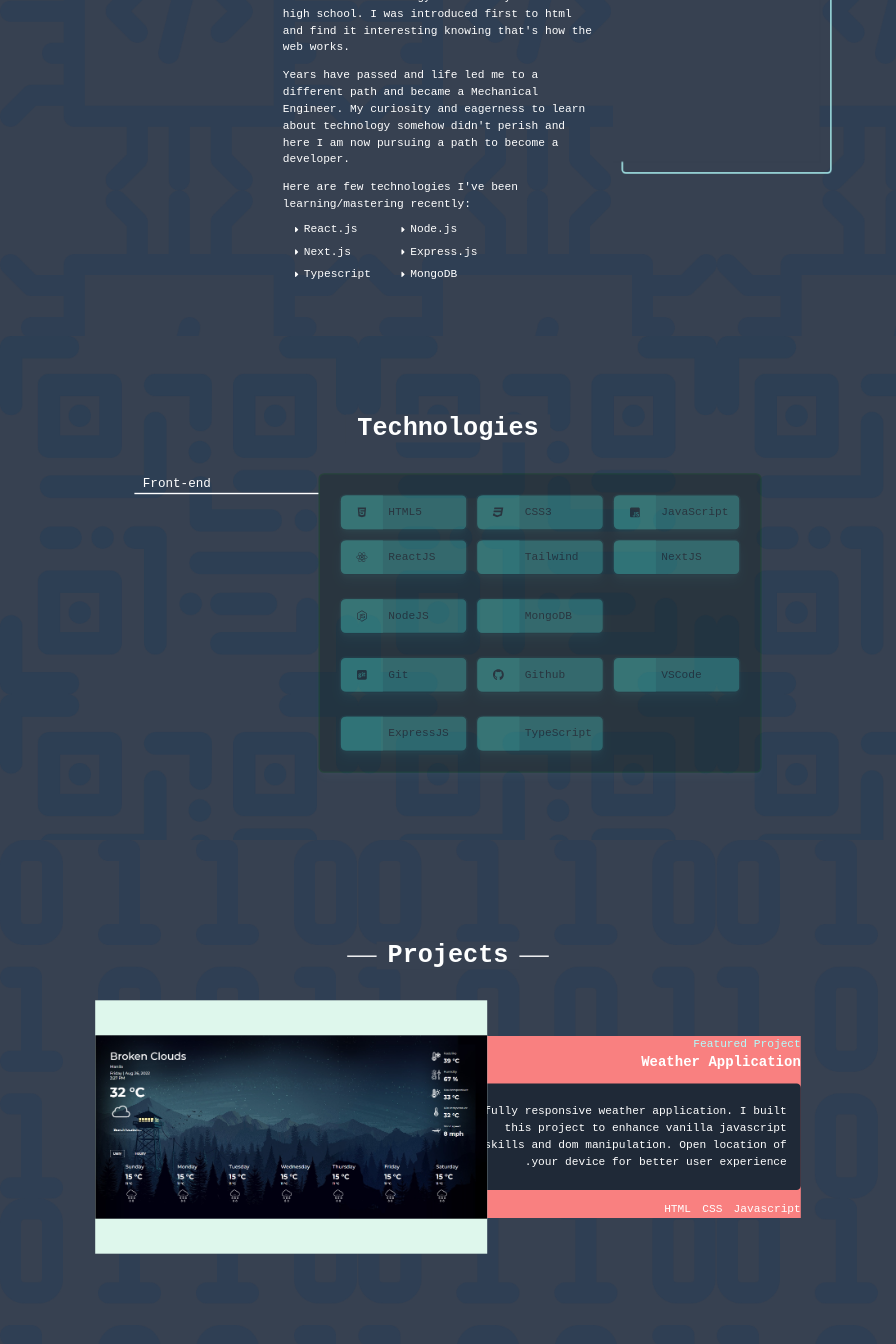
Repository: riandev25/nextjs-portfolio
Page: /
An editor plug-in stored every save of this project. The page is shown before and after the next save, followed by the edit.
The browser window is 1280 px wide. The pictures show the part of the page from y = 960 to 2880 px (the page is 2880 px tall), at 70% of full size.
Backgrounds fixed to the window are drawn as part of the page. The project was rebuilt for these pictures with package versions that can differ from the ones it lists, and the page was loaded fresh each time. The framework's server and built-in components were replaced by stand-ins that run in the browser. Also part of the build but not shown: next.config.js, components/Home/Keyboard/index.module.css, components/Home/Keyboard/index.jsx.

Above is the page before, as saved 2022-11-12 22:00:30.

After the next save:
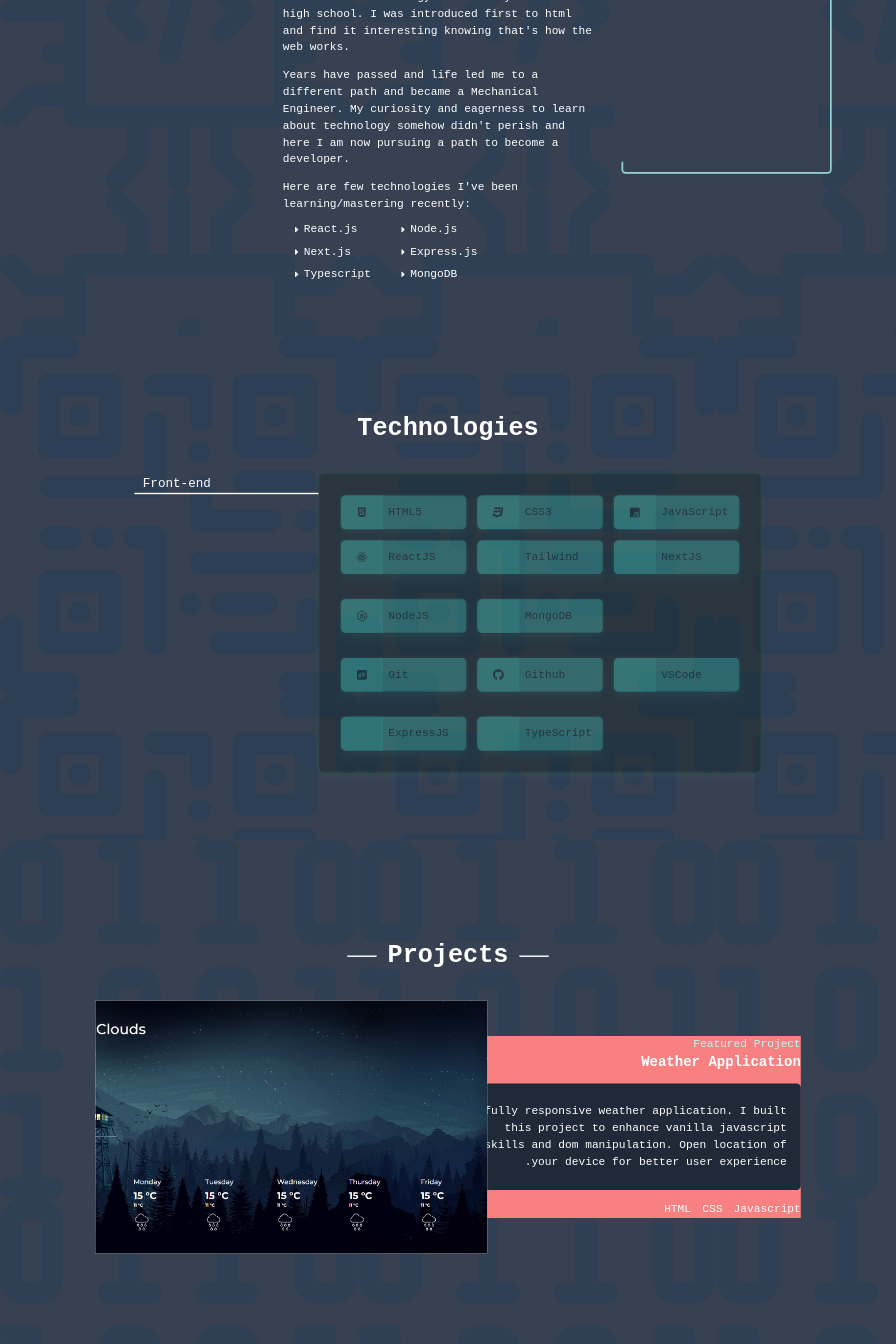
Saved 11 h 50 min later.
--- a/components/Projects/index.jsx
+++ b/components/Projects/index.jsx
@@ -31,7 +31,7 @@ const Projects = () => {
             src={WeatherImage}
             alt='weather-app'
             fill
-            className='object-contain absolute'
+            className='object-cover absolute'
           />
         </section>
         <section
